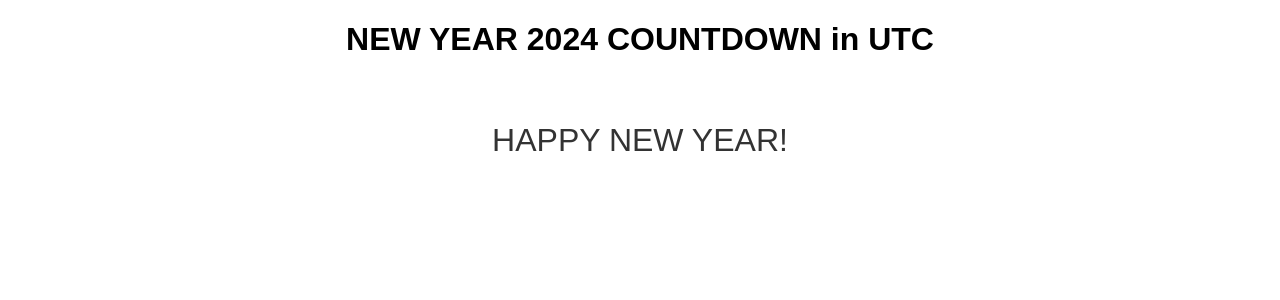
Repository: end888160/end888160.github.io
Page: countdown.html
The author's editor kept a copy of each file at every save. The page is drawn from the files as they stood at one save, then again after the next save.
The browser window is 1280 px wide. The pictures show the whole page.

Above is the page before, as saved 2024-09-22 13:42:35.
Console error: TypeError: countdown is not a function

After the next save:
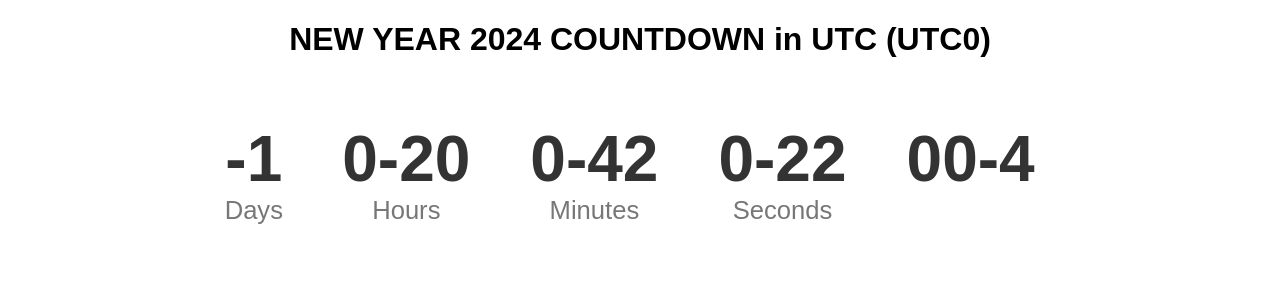
Console error: ReferenceError: countdown is not defined
Saved 10 min 39 s later.
--- a/countdown.html
+++ b/countdown.html
@@ -6,25 +6,20 @@
 	<meta name="description" content="Let's celebrate the New Year!">
 	<title>Countdown</title>
 	<style>
-	#countdown {
+	.countdown {
 		display: flex;
 		justify-content: center;
-		font-family: Arial, Helvetica, 'Gill Sans', 'Gill Sans MT', Calibri, 'Trebuchet MS', sans-serif;
+		align-items: center;
+		text-align: center;
+		font-family: Arial, Helvetica, sans-serif;
 		font-size: xx-large;
 		margin-top: 5%;
 		color: #333;
-		border-color: white;
-
-
-	}
-	.counttdown-table {
-		display: table;
 	}
 
 	.countdown-item {
 		margin: 0 10px;
 		text-align: center;
-		display: table-cell;
 
 	}
 
@@ -38,12 +33,12 @@
 
 	.countdown-label {
 		font-size: 0.8em;
-		text-align: center;
+
 		color: #777;
 	}
 	h1 {
 		text-align: center;
-		font-family: Arial, Helvetica, 'Gill Sans', 'Gill Sans MT', Calibri, 'Trebuchet MS', sans-serif;
+		font-family: Arial, Helvetica, sans-serif;
 		font-size: xx-large;
 
 	}
@@ -71,19 +66,10 @@
 	}
 	@media only screen and (orientation: portrait) {
 		.countdown {
-			display: table-row-group;
-		}
-		.countdown-item {
-			display: table-row;
-		}
-		.countdown-label {
-			display: table-cell;
-			text-align: left;
+			display: block;
 		}
 		.countdown-value {
-			display: table-cell;
-			padding-top: 15px;
-			text-align: right;
+			padding-top: 3px;
 
 		}
 		h1 {
@@ -92,37 +78,35 @@
 	}
 	</style>
 </head>
-
 <body>
-	<h1 id="header">NEW YEAR COUNTDOWN</h1>
-
-<div id="countdown">
-	<div id="countdown-table">
+	<h1 id="header"></h1>
+	<div class="countdown">
 	<div class="countdown-item">
-		<div class="countdown-value"><span id="days"></span></div>
+		<div class="countdown-value" id="days"></div>
 		<div class="countdown-label">Days</div>
 	</div>
-
 	<div class="countdown-item">
-		<div class="countdown-value"><span id="hours"></span></div>
+		<div class="countdown-value" id="hours"></div>
 		<div class="countdown-label">Hours</div>
 	</div>
-
 	<div class="countdown-item">
-		<div class="countdown-value"><span id="minutes"></span></div>
+		<div class="countdown-value" id="minutes"></div>
 		<div class="countdown-label">Minutes</div>
 	</div>
-
 	<div class="countdown-item">
-		<div class="countdown-value"><span id="seconds"></span></div>
+		<div class="countdown-value" id="seconds"></div>
 		<div class="countdown-label">Seconds</div>
 	</div>
-
 	<div class="countdown-item">
-		<div class="countdown-value"><span id="mseconds"></span></div>
+		<div class="countdown-value" id="mseconds"></div>
 		<div class="countdown-label"><br></div>
 	</div>
-</div>
+	<div class="countdown-item">
+
+
+
+
+	</div>
 </div>
 
 <script>
@@ -151,19 +135,19 @@ var x = setInterval(function countdown() {
 	var countDownDate = new Date("Jan 1, " + countDownTarget + " 00:00:00").getTime();
 	var currentTimeZone = Intl.DateTimeFormat().resolvedOptions().timeZone
 	var offsetTimeZone = new Date().getTimezoneOffset();
+	if (offsetTimeZone > 0){
+    offsetTimeZonem = offsetTimeZone - (Math.floor(offsetTimeZone / 60) * 60);
+    } else {
+      offsetTimeZonem = offsetTimeZone - (Math.ceil(offsetTimeZone / 60) * 60);
 
-	if (offsetTimeZone > 0){
-    var offsetTimeZonem = offsetTimeZone - (Math.floor(offsetTimeZone / 60) * 60);
-    } else if (offsetTimeZone < 0){
-      var offsetTimeZonem = offsetTimeZone - (Math.ceil(offsetTimeZone / 60) * 60);
     }
-
     offsetTimeZone = (offsetTimeZone / 60) * (-1);
     if (offsetTimeZone > 0){
-       var offsetTimeZone = "+" + offsetTimeZone;
-    } else if (offsetTimeZonem < 10){
-       var offsetTimeZonem = "0" + offsetTimeZonem;
-	}
+       offsetTimeZone = "+" + offsetTimeZone;
+    }
+    if (offsetTimeZonem < 10){
+       offsetTimeZonem = "0" + offsetTimeZonem;
+    }
 
 	// Get today's date and time
 	var now = new Date().getTime();
@@ -188,8 +172,8 @@ var x = setInterval(function countdown() {
 	document.getElementById("minutes").innerHTML = minute;
 	document.getElementById("seconds").innerHTML = second;
 	document.getElementById("mseconds").innerHTML = msecond;
-	if ( currentTimeZone === "UTC" ) {
-		document.getElementById("header").innerHTML = "NEW YEAR " + countDownTarget + " COUNTDOWN in " + currentTimeZone;
+	if ( currentTimeZone === "undefined" ) {
+		document.getElementById("header").innerHTML = "NEW YEAR " + countDownTarget + " COUNTDOWN"
 	} else {
 		document.getElementById("header").innerHTML = "NEW YEAR " + countDownTarget + " COUNTDOWN in " + currentTimeZone + " (UTC" + offsetTimeZone + ")";
 	}
